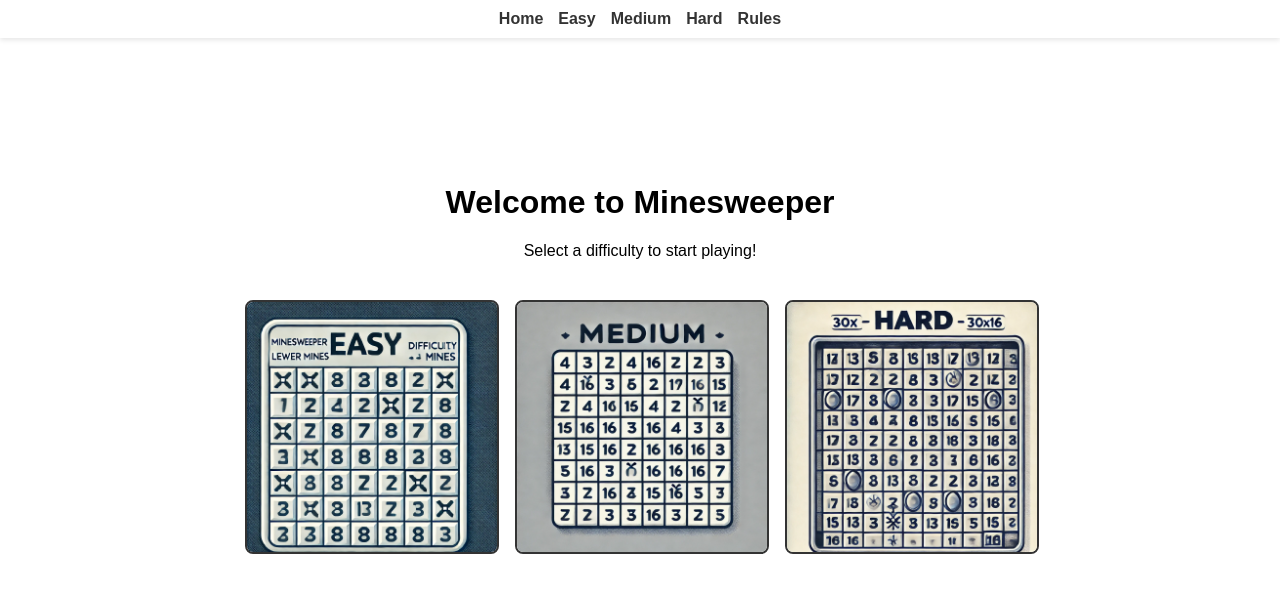
Repository: liwingy/-WingYee-_-Li-project2
Page: /
The author's editor kept a copy of each file at every save. The page is drawn from the files as they stood at one save, then again after the next save.
The browser window is 1280 px wide. The pictures show the whole page.
The project was rebuilt for these pictures with package versions that can differ from the ones it lists, and the page was loaded fresh each time. Also part of the build but not shown: src/components/Cell.js, src/views/Game.js, src/views/Rules.js.

Above is the page before, as saved 2024-11-11 20:35:40.

After the next save:
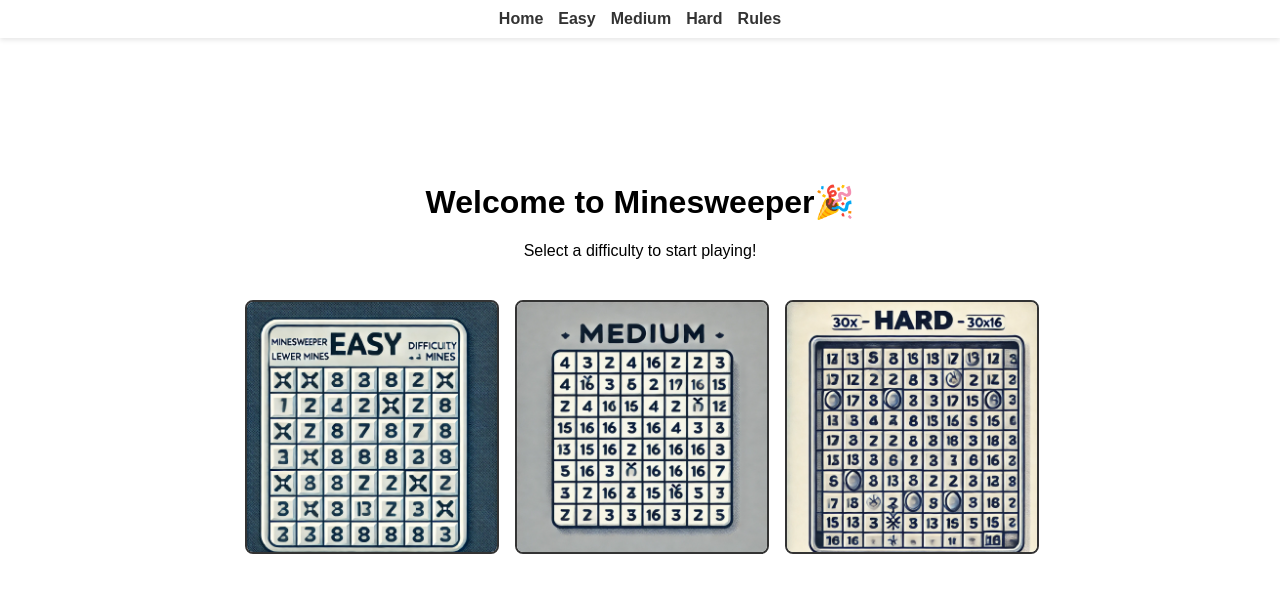
Saved 65 s later.
--- a/src/views/Homepage.js
+++ b/src/views/Homepage.js
@@ -8,7 +8,7 @@
 function Homepage() {
   return (
     <div className="homepage">
-      <h1>Welcome to Minesweeper</h1>
+      <h1>Welcome to Minesweeper&#x1F389;</h1>
       <p>Select a difficulty to start playing!</p>
 
       <div className="difficulty-section">
